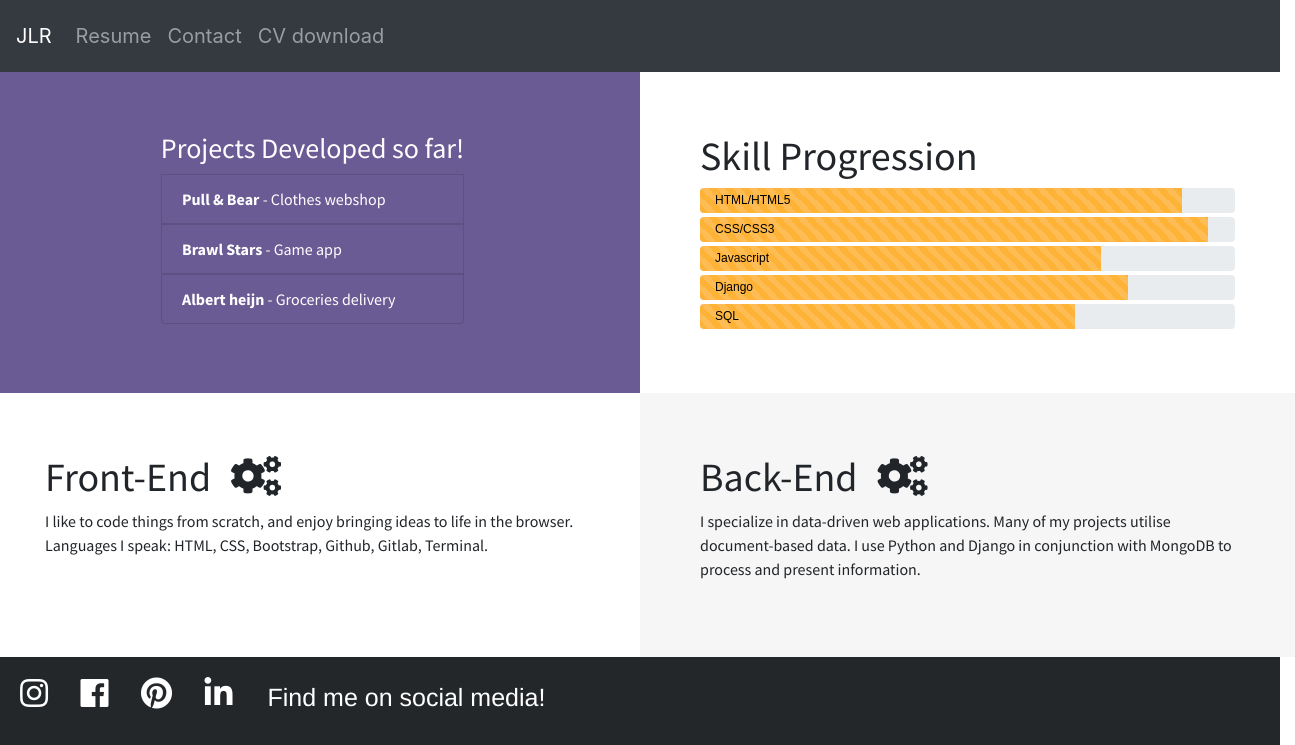
Repository: Kawaiisaki/Portfolio-site
Page: resume.html
The author's editor kept a record of every edit. The page is drawn from the files as they stood at one moment, then again after the next edit.
The browser window is 1280 px wide. The page is 1295 px wide, so the pictures cover 1295 px, including what lies to the right of the window. The pictures show the whole page.
Some web libraries are served in a nearby version.

Above is the page before.

### resume.html
<!DOCTYPE html>
<html lang="en">

<head>
    <meta charset="UTF-8">
    <meta name="viewport" content="width=device-width, initial-scale=1.0">
    <meta http-equiv="X-UA-Compatible" content="ie=edge">
    <link rel="stylesheet" href="https://maxcdn.bootstrapcdn.com/bootstrap/4.2.1/css/bootstrap.min.css" type="text/css" />
    <link rel="stylesheet" href="https://use.fontawesome.com/releases/v5.0.10/css/all.css" integrity="sha384-+d0P83n9kaQMCwj8F4RJB66tzIwOKmrdb46+porD/OvrJ+37WqIM7UoBtwHO6Nlg" crossorigin="anonymous">
    <link rel="stylesheet" href="https://cdnjs.cloudflare.com/ajax/libs/hover.css/2.3.1/css/hover-min.css" type="text/css" />
    <link rel="stylesheet" href="assets/css/style.css" type="text/css" />
    <title>Resume</title>
</head>

<body>
    <header>

        <nav class="navbar sticky-top navbar-expand-lg navbar-dark bg-dark">
            <a class="navbar-brand" href="index.html">JLR</a>
            <button class="navbar-toggler" type="button" data-toggle="collapse" data-target="#navbarSupportedContent" aria-controls="navbarSupportedContent" aria-expanded="false" aria-label="Toggle navigation">
    <span class="navbar-toggler-icon"></span>
  </button>

            <div class="collapse navbar-collapse" id="navbarSupportedContent">
                <ul class="navbar-nav navbar-brand mr-auto">
                    <li class="nav-item">
                        <a class="nav-link" href="resume.html">Resume</a>
                    </li>
                    <li class="nav-item">
                        <a class="nav-link" href="contact.html">Contact</a>
                    </li>
                    <li class="nav-item">
                        <a class="nav-link" href="#">CV download</a>
                    </li>
                </ul>
            </div>
        </nav>
    </header>
    <section>
        <div class="container-fluid">
            <div class="row">
                <div class="col projects">
                    <h3 class="text-center">Projects Developed so far!</h3>
                    <div class="container project-list">
                        <a class="list-group list-group-flush">
                            <a href="https://www.pullandbear.com/" target="_blank" class="list-group-item project-item"><strong>Pull & Bear</strong> - Clothes webshop</a>
                        <a href="https://play.google.com/store/apps/details?id=com.supercell.brawlstars&gl=NL" target="_blank" class="list-group-item project-item"><strong>Brawl Stars</strong> - Game app</a>
                        <a href="https://www.ah.nl/?gclid=CjwKCAiAqqTuBRBAEiwA7B66hWiQgrnYQJU3PeLNCPiqaegNcN4MoA1vTRGlp7dA6K88ZnaGVRotXBoCbbMQAvD_BwE&gclsrc=aw.ds" target="_blank" class="list-group-item project-item"><strong>Albert heijn</strong> - Groceries delivery</a>
                        </ul>
                    </div>
                </div>
                <div class="col bar-skills">
                    <h1 class="skill-progression">Skill Progression</h1>
                    <div class="progress">
                        <div class="progress-bar progress-bar-striped" role="progressbar" style="width: 90%" aria-valuenow="90" aria-valuemin="0" aria-valuemax="100"></div>
                        <span class="progres-skill">HTML/HTML5</span>
                    </div>
                    <div class="progress">
                        <div class="progress-bar progress-bar-striped" role="progressbar" style="width: 95%" aria-valuenow="95" aria-valuemin="0" aria-valuemax="100"></div>
                        <span class="progres-skill">CSS/CSS3</span>
                    </div>
                    <div class="progress">
                        <div class="progress-bar progress-bar-striped" role="progressbar" style="width: 75%" aria-valuenow="75" aria-valuemin="0" aria-valuemax="100"></div>

                        <span class="progres-skill">Javascript</span></div>
                    <div class="progress">
                        <div class="progress-bar progress-bar-striped" role="progressbar" style="width: 80%" aria-valuenow="80" aria-valuemin="0" aria-valuemax="100"></div>
                        <span class="progres-skill">Django</span>
                    </div>
                    <div class="progress">
                        <div class="progress-bar progress-bar-striped" role="progressbar" style="width: 70%" aria-valuenow="70" aria-valuemin="0" aria-valuemax="100"></div>
                        <span class="progres-skill">SQL</span>
                    </div>
                </div>
            </div>
        </div>
    </section>
    <section>
        <div class="container-fluid">
            <div class="row">
                <div class="col front-end">
                    <h1>Front-End<i class="fas fa-cogs"></i></h1>
                    <p>I like to code things from scratch, and enjoy bringing ideas to life in the browser. Languages I speak: HTML, CSS, Bootstrap, Github, Gitlab, Terminal.
                    </p>

                </div>
                <div class="col back-end">
                    <h1>Back-End<i class="fas fa-cogs"></i></h1>
                    <p>I specialize in data-driven web applications. Many of my projects utilise document-based data. I use Python and Django in conjunction with MongoDB to process and present information.</p>
                </div>
            </div>
    </section>
    <footer>
        <div class="container-fluid social-icons">
            <div class="row no-gutters ">
                <div class="col-md-auto">
                    <ul class="list-inline social-media-icons">
                        <li class="list-inline-item">
                            <a target="_blank" href="https://www.instagram.com/thekawaiisaki/">
                                <i class="fab fa-instagram fa-2x" aria-hidden="true"></i>
                                <span class="sr-only">Instagram</span>
                            </a>
                        </li>
                        <li class="list-inline-item">
                            <a target="_blank" href="https://www.facebook.com/joellojedorosso">
                                <i class="fab fa-facebook fa-2x"  aria-hidden="true"></i>
                                <span class="sr-only">Facebook</span>
                            </a>
                        </li>
                        <li class="list-inline-item">
                            <a target="_blank" href="https://nl.pinterest.com/jlojedorosso/">
                                <i class="fab fa-pinterest fa-2x" aria-hidden="true"></i>
                                <span class="sr-only">Pinterest</span>
                            </a>
                        </li>
                        <li class="list-inline-item">
                            <a target="_blank" href="https://www.linkedin.com/in/joellojedorosso/">
                                <i class="fab fa-linkedin-in fa-2x" aria-hidden="true"></i>
                                <span class="sr-only">Instagram</span>
                            </a>
                        </li>
                    </ul>
                </div>
                <div class="col">
                    <div>
                        <h3 class="social-text">Find me on social media!</h3>
                    </div>
                </div>
            </div>
        </div>
    </footer>
</body>

</html>

### assets/css/style.css
@import url('https://fonts.googleapis.com/css?family=Source+Sans+Pro:100,200,300,400,500,600,700,800,900&display=swap');

.container-fluid {
  padding-left: 0;
  padding-right: 0;
}

/*---------------------------------------Callout*/

.callout-container {
  height: 88vh;

  background: url('../images/joelgrey.jpg') no-repeat center center fixed;
  -webkit-background-size: cover;
  -moz-background-size: cover;
  -o-background-size: cover;
  background-size: cover;

  display: flex;
  align-items: center;
  justify-content: center;

  position: relative;
}

.transparant-overlay {
  position: absolute;
  top: 0;
  left: 0;
  width: 100%;
  height: 100%;
  background-color: rgba(0, 0, 0, 0.4)
}

.jumbotron {
  background-color: transparent;
}

.name {
  font-family: "Source Sans Pro", sans-serif;
  color: white;
  font-weight: 400;
  margin-bottom: 10px;
  text-shadow: 2px 2px rgba(0, 0, 0, 0.5);
}

.lead {
  color: #ffffff;
  margin: 10px;
  text-decoration: overline;
  text-shadow: 2px 2px rgba(0, 0, 0, 0.5);
}

.fa-code {
  color: #fff;
  text-shadow: 2px 2px rgba(0, 0, 0, 0.5);
}

/*---------------------------------------About-Personal-*/

.about-container {
  height: 50vh;

  background: url('../images/laptop.jpg') no-repeat center center fixed;
  -webkit-background-size: cover;
  -moz-background-size: cover;
  -o-background-size: cover;
  background-size: cover;

  display: flex;
  align-items: center;
  justify-content: center;

  position: relative;
}

.subtitle {
  margin-left: 30px;
  font-family: "helvetica", sans-serif;
  font-weight: 200;
}

.key {
  font-family: "Source Sans Pro", sans-serif;
  padding-left: 30px;
  display: inline-block;
  font-size: 20px;
  width: 33%;
  vertical-align: top;
}

.value {
  display: inline-block;
  font-size: 15px;
  width: 33%;
}

.personal-info {
  padding: 20px;
  background-color: #feb236;
  display: block;
  clear: both;
}


.introduction {
  padding: 20px;
  background-color: #fff;
}

.introduction p {
  margin-left: 30px;
}

.about-me {
  font-family: "Source Sans Pro", sans-serif;
  margin-left: 30px;
}

.fa-user,
.fa-address-card {
  padding-left: 20px;
}

.fa-user {
  color: #feb236;
}

.introduction a {
  margin-left: 30px;
}

/*---------------------------------------Footer*/

.social-text {
  color: #fff;
  font-family: "Helvetica", sans-serif;
  font-weight: 400;
  font-size: 25px;
  padding-top: 15px;
  padding-left: 25px;
}

footer {
  background-color: #24272a;
  min-height: 50px;
  padding: 10px;
}

.social-media-icons li i {
  color: #fff;
  margin: 10px;
}

/*---------------------------------------Additional*/

.uppercase {
  text-transform: uppercase;
}

/*---------------------------------------About page*/

.fa-file-code,
.fa-cogs,
.fa-tasks {
  padding-left: 20px;
}

.white-text {
  color: #fff;
}

/*---------------------------------------About bg colors*/

.what-bg-color {
  background-color: #6b5b95;
}

.how-bg-color {
  background-color: #fff;
}

.why-bg-color {
  background-color: #feb236;
}

/*---------------------------------------Resume page*/

.projects {
  background-color: #6b5b95;
  color: #fff;
  font-family: "Source Sans Pro", sans-serif;
  max-width: 50%;
  padding: 60px;
}

.list-group-item {
  background-color: transparent;
}

.project-item {
  color: #fff;
  text-decoration: none;
  max-width: 60%;
  margin: auto;
}

.project-item:hover {
  text-decoration: none;
  color: #feb236;
}

.front-end,
.back-end {
  font-family: "Source Sans Pro", sans-serif;
  padding: 60px;
}

.back-end {
  background-color: #f6f6f6;
}

.fa-laptop {
  padding-left: 20px;
}

/*---------------------------------------Progress bars*/

.skill-progression {
  font-family: "Source Sans Pro", sans-serif;
}

.progress {
  position: relative;
  margin-bottom: 4px;
  height: 25px;
}

.progres-skill {
  font-family: "Sans Source Pro", sans-serif;
  position: absolute;
  left: 5px;
  font-weight: 400;
  padding: 3px 30px 2px 10px;
  color: #000;
}

.bar-skills {
  margin: auto;
  max-width: 80%;
  padding: 60px;
}

.progress-bar-striped {
  background-color: #feb236;
}

/*---------------------------------------contact page*/

.contact-heading {
  margin: 50px;
}

.contact-title,
.contact-me {
  font-family: "Source Sans Pro", sans-serif;
}

.contact-title {
  font-weight: 200;
}

.btn-primary {
  background-color: #feb236;
  color: #000;
}

button {
  margin: 20px;
}

.form-placement {
  padding-top: 20px;
  max-width: 40%;
  margin: auto;
}

After the next edit:
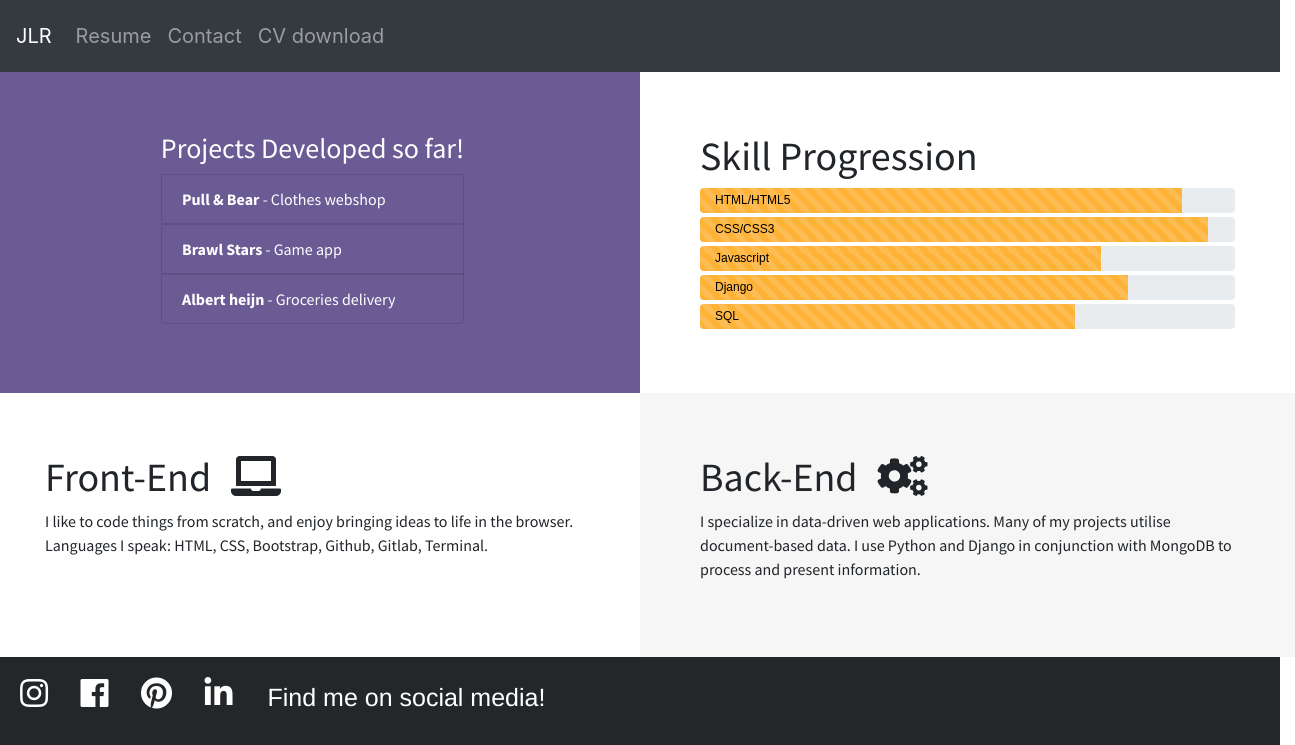
The edit:
--- a/resume.html
+++ b/resume.html
@@ -79,7 +79,7 @@
         <div class="container-fluid">
             <div class="row">
                 <div class="col front-end">
-                    <h1>Front-End<i class="fas fa-cogs"></i></h1>
+                    <h1>Front-End<i class="fas fa-laptop"></i></h1>
                     <p>I like to code things from scratch, and enjoy bringing ideas to life in the browser. Languages I speak: HTML, CSS, Bootstrap, Github, Gitlab, Terminal.
                     </p>
 
